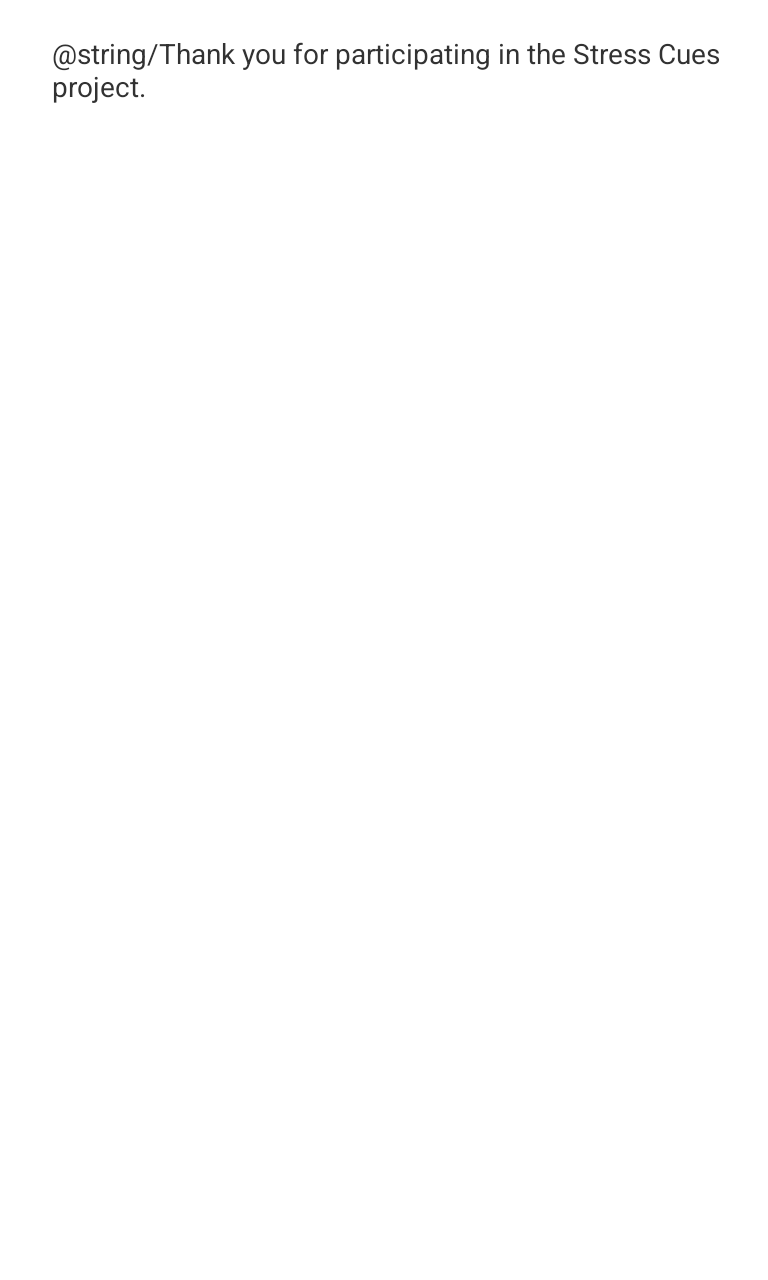
Repository: SkotBotCambo/stress_cues
Layout: workspace/stress_cues/res/layout/activity_main.xml
An editor plug-in stored every save of this project. The layout is shown before and after the next save, followed by the edit.
It is drawn on a 768 x 1280 px phone screen (xhdpi) without system bars, with theme AppTheme; the app's code is not run.

Above is the layout before, as saved 2013-11-08 20:45:46.

### workspace/stress_cues/res/layout/activity_main.xml
<RelativeLayout xmlns:android="http://schemas.android.com/apk/res/android"
    xmlns:tools="http://schemas.android.com/tools"
    android:layout_width="match_parent"
    android:layout_height="match_parent"
    tools:context=".MainActivity" >

    <TextView
        android:layout_width="wrap_content"
        android:layout_height="wrap_content"
        android:layout_alignParentLeft="true"
        android:layout_alignParentTop="true"
        android:layout_marginLeft="26dp"
        android:layout_marginTop="17dp"
        android:text="@string/Thank you for participating in the Stress Cues project." />

</RelativeLayout>

### workspace/stress_cues/res/values/strings.xml
<?xml version="1.0" encoding="utf-8"?>
<resources>

    <string name="app_name">stress_cues</string>
    <string name="hello_world">Hello world!</string>
    <string name="menu_settings">Settings</string>
    <string name="title_activity_sms_receiver">SmsReceiver</string>
    <string name="title_activity_smsmonitor">SMSMonitor</string>
    <string name="title_activity_service_controller">ServiceController</string>
    <string name="thanks">Thank you for participating in the stress cues project</string>

</resources>

Loaded but not shown: workspace/stress_cues/res/values/styles.xml (common file); workspace/stress_cues/res/values-v11/styles.xml (common file); workspace/stress_cues/res/values-v14/styles.xml (common file)

After the next save:
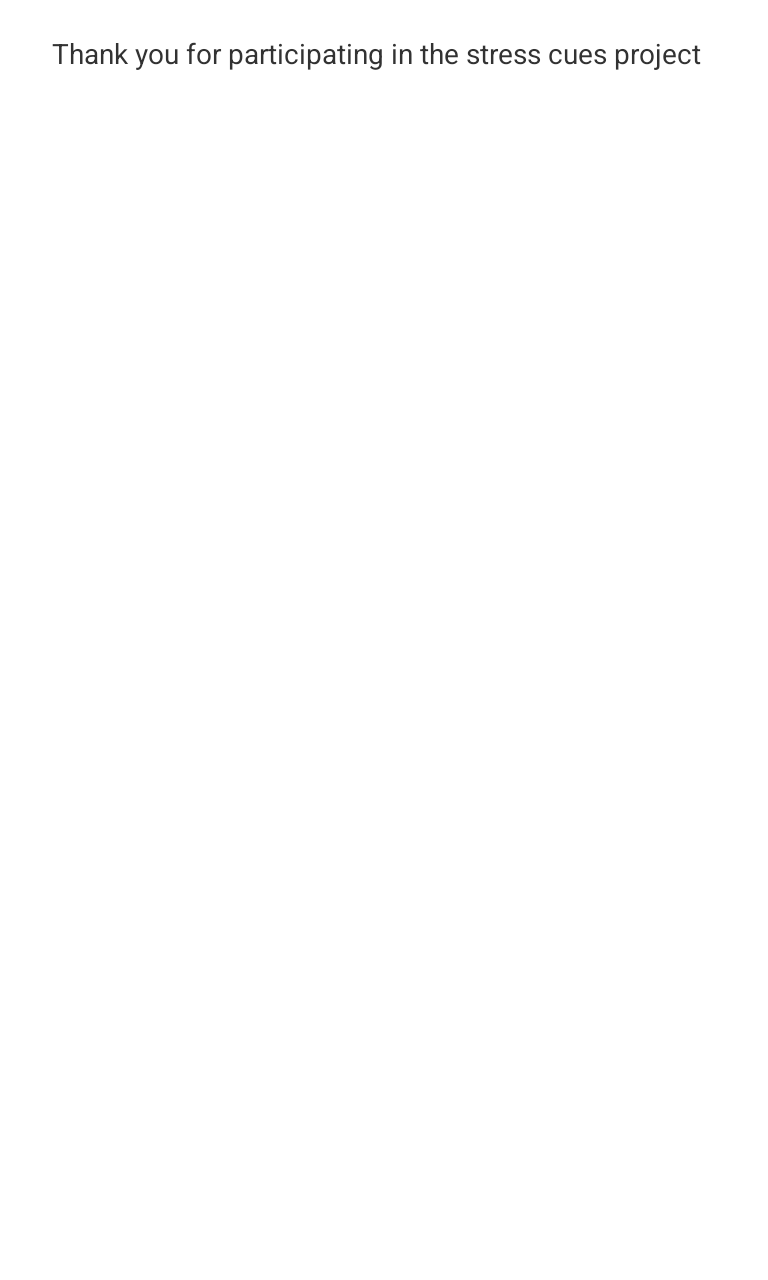
Saved 11 s later.
--- a/workspace/stress_cues/res/layout/activity_main.xml
+++ b/workspace/stress_cues/res/layout/activity_main.xml
@@ -11,6 +11,6 @@
         android:layout_alignParentTop="true"
         android:layout_marginLeft="26dp"
         android:layout_marginTop="17dp"
-        android:text="@string/Thank you for participating in the Stress Cues project." />
+        android:text="@string/thanks" />
 
 </RelativeLayout>
